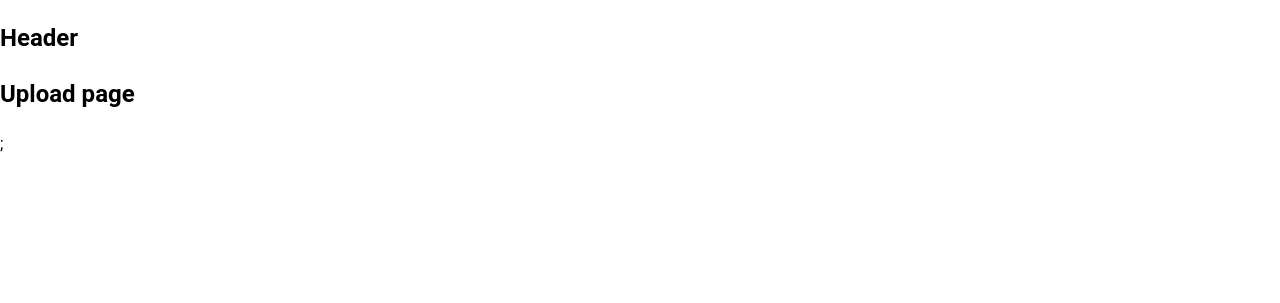
Repository: ynguyen1512/tiktok-ui
Page: /upload
The author's editor kept a copy of each file at every save. The page is drawn from the files as they stood at one save, then again after the next save.
The browser window is 1280 px wide. The pictures show the whole page.
The project was rebuilt for these pictures with package versions that can differ from the ones it lists, and the page was loaded fresh each time. Also part of the build but not shown: src/pages/Home/index.js, src/pages/Following/index.js, src/pages/Profile/index.js. Imported but missing from the stored project, and not drawn on this page: src/components/Layout/HeaderOnly.

Above is the page before, as saved 2023-07-27 13:34:14.

After the next save:
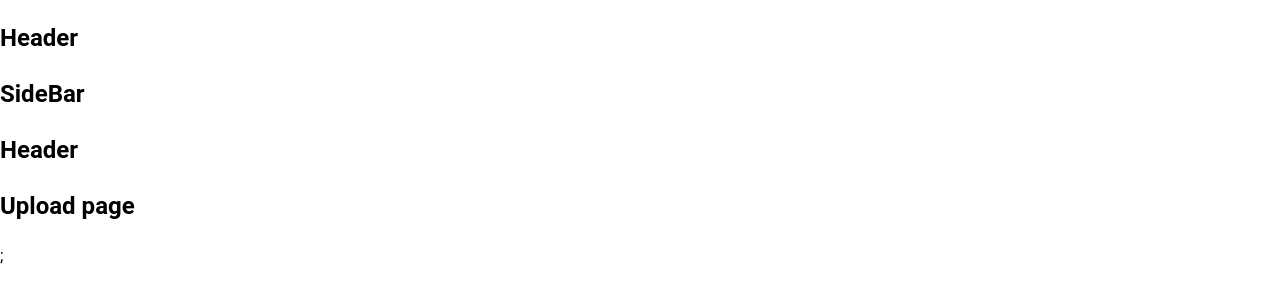
Saved 20 s later.
--- a/src/routes/index.js
+++ b/src/routes/index.js
@@ -11,7 +11,7 @@ const publicRoutes = [
     { path: '/', component: Home },
     { path: '/following', component: Following },
     { path: '/profile', component: Profile },
-    { path: '/upload', component: Upload, layout: null },
+    { path: '/upload', component: Upload, layout: HeaderOnly },
 ];
 
 // Have to login to use this route
